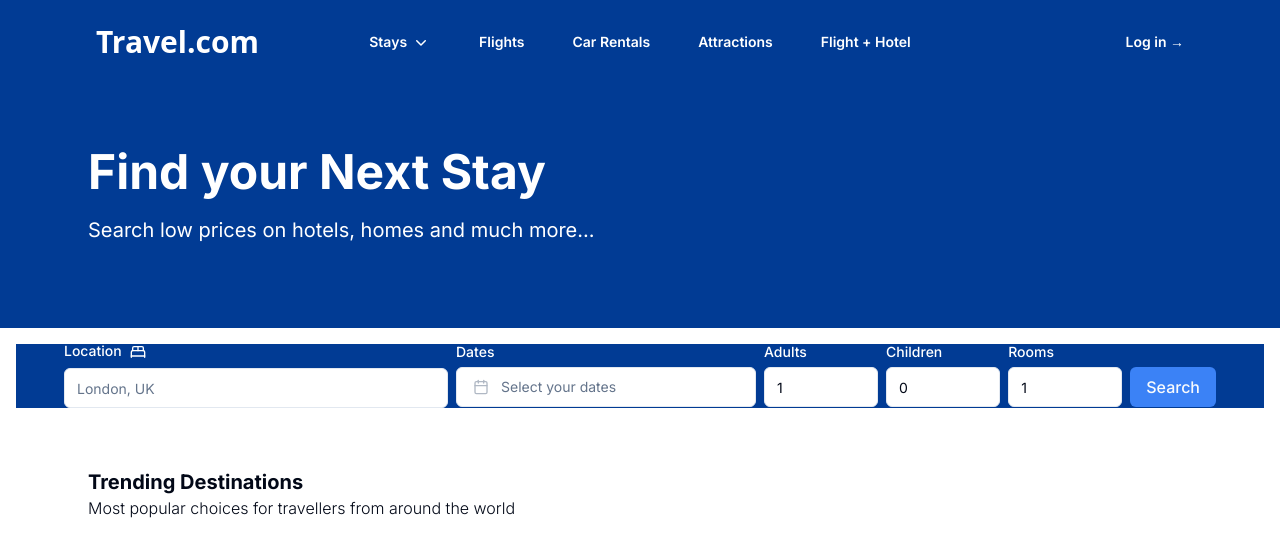
Repository: Qu4ntumGuy/booking
Page: /
The author's editor kept a copy of each file at every save. The page is drawn from the files as they stood at one save, then again after the next save.
The browser window is 1280 px wide. The pictures show the part of the page from y = 0 to 540 px (the page is 992 px tall before and 1016 px after).
Pictures or frames that could not be fetched are drawn as grey boxes. The project was rebuilt for these pictures with package versions that can differ from the ones it lists, and the page was loaded fresh each time. The framework's server and built-in components were replaced by stand-ins that run in the browser. Also part of the build but not shown: next.config.mjs, components/ui/calendar.tsx.

Above is the page before, as saved 2024-07-03 15:53:48.

After the next save:
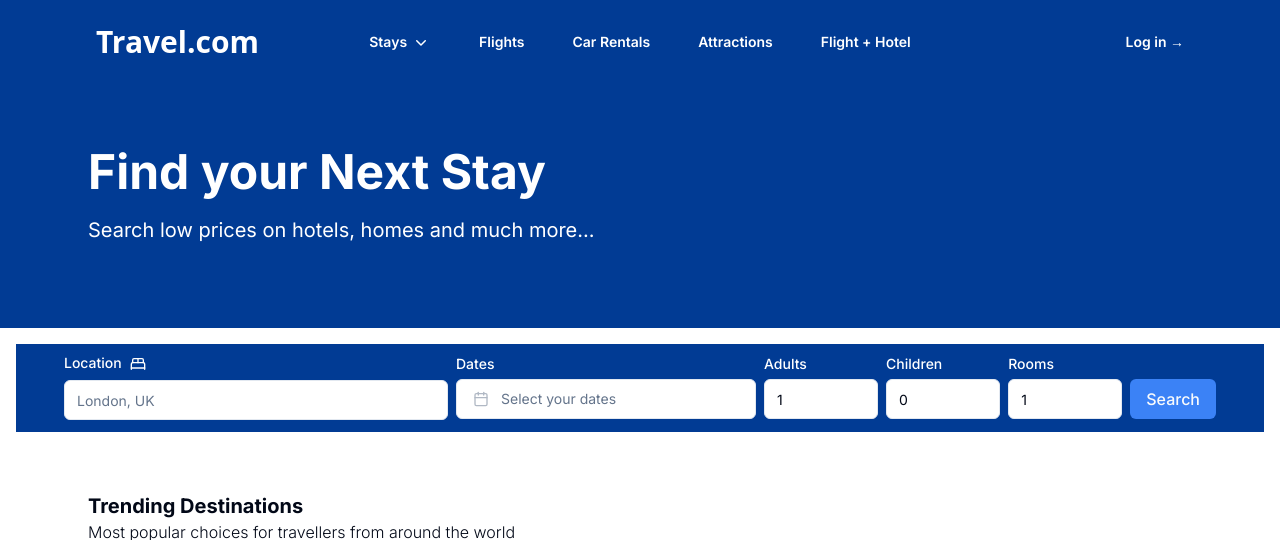
Saved 13 s later.
--- a/app/page.tsx
+++ b/app/page.tsx
@@ -14,7 +14,7 @@
         </div>
       </section>
 
-      <section className="md:m-4 bg-[#013B94] mb-0 -mt-10 px-2 lg:px-4">
+      <section className="md:m-4 bg-[#013B94] p-3 mb-0 -mt-10 px-2 lg:px-4">
         <SearchForm />
       </section>
       <section className="mx-auto mb-10 max-w-6xl p-6 bg-white rounded-t-lg">

After the save that followed:
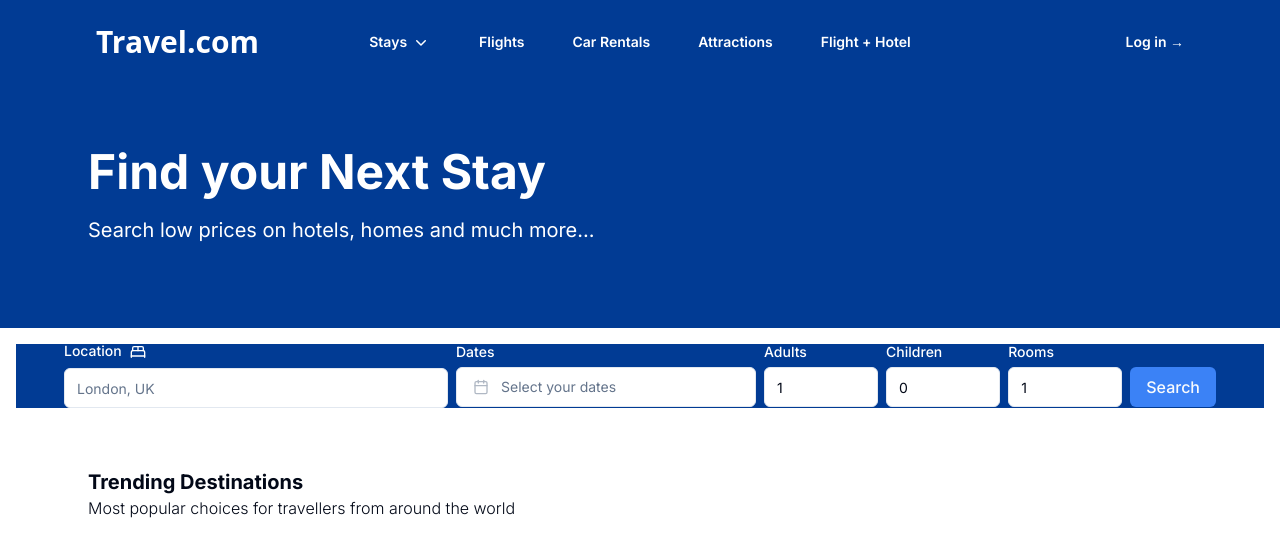
Saved 15 s later.
--- a/app/page.tsx
+++ b/app/page.tsx
@@ -14,7 +14,7 @@
         </div>
       </section>
 
-      <section className="md:m-4 bg-[#013B94] p-3 mb-0 -mt-10 px-2 lg:px-4">
+      <section className="md:m-4 bg-[#013B94] p-3 md:p-0 mb-0 -mt-10 px-2 lg:px-4">
         <SearchForm />
       </section>
       <section className="mx-auto mb-10 max-w-6xl p-6 bg-white rounded-t-lg">
